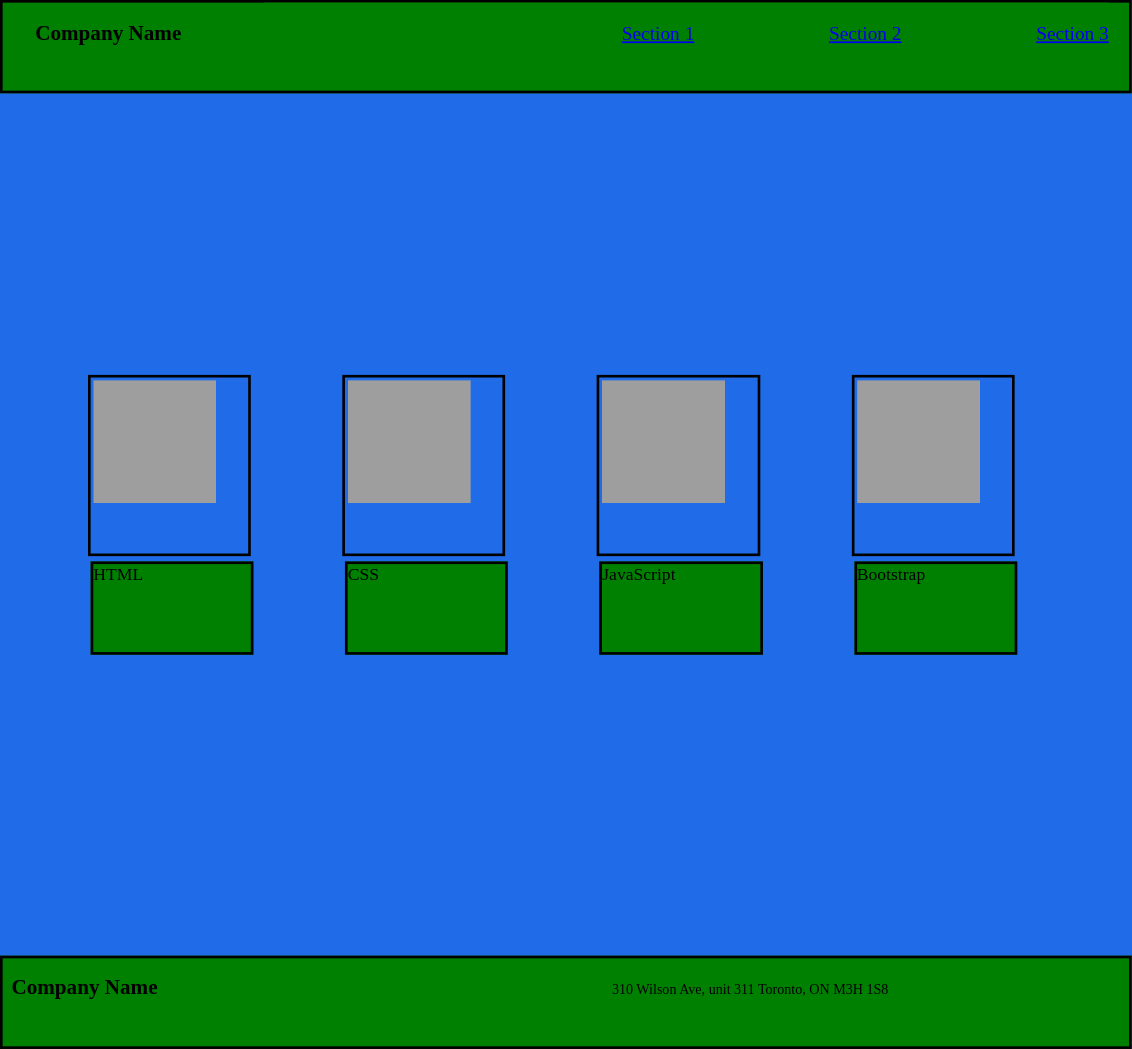
Repository: helloneibor/Project2
Page: section1.html
The author's editor kept a record of every edit. The page is drawn from the files as they stood at one moment, then again after the next edit.
The browser window is 1280 px wide. The page is 1286 px wide, so the pictures cover 1286 px, including what lies to the right of the window. The pictures show the whole page, at 88% of full size.
Pictures or frames that could not be fetched are drawn as grey boxes.

Above is the page before.

After the next edit:
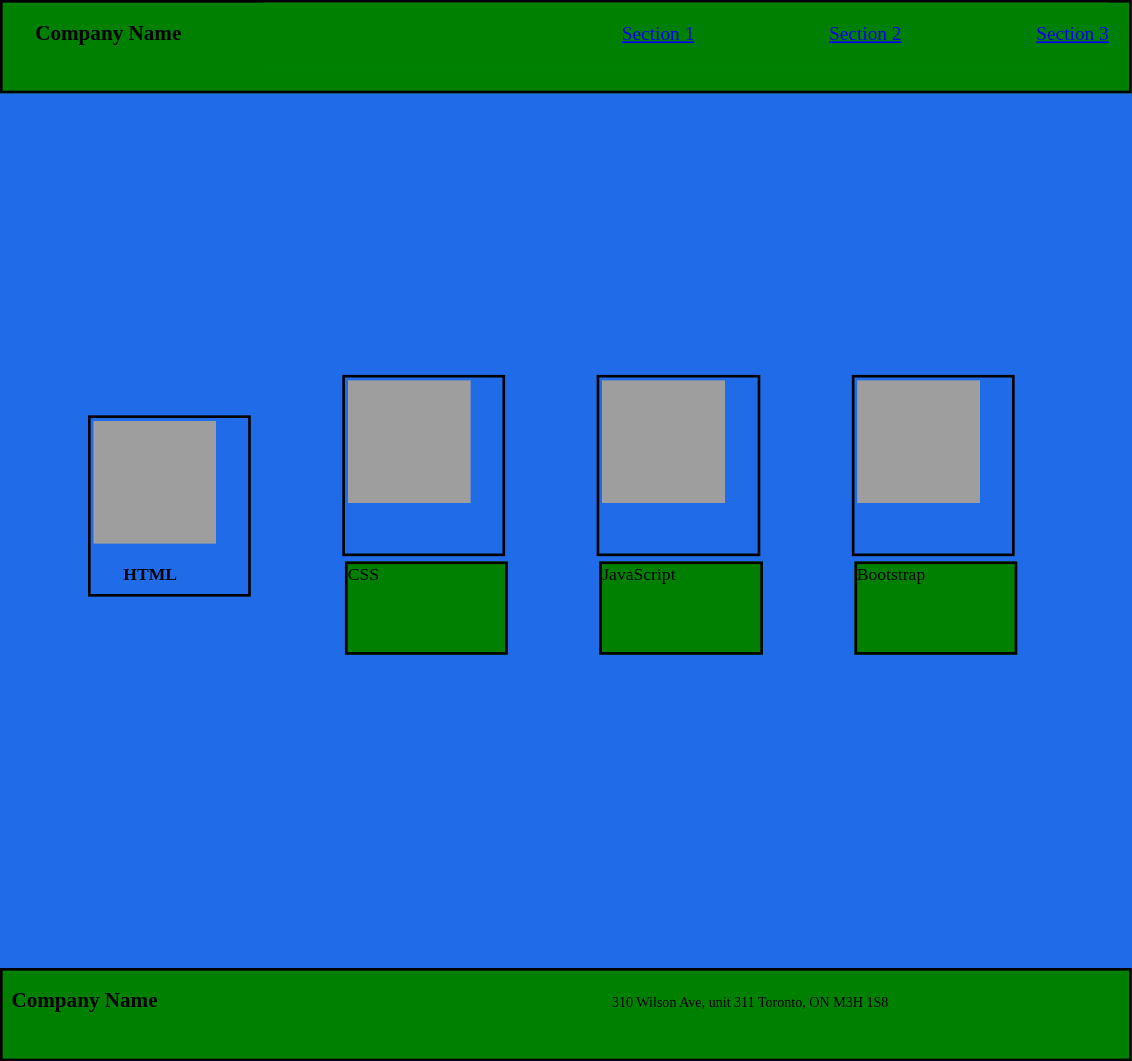
The edit:
--- a/section1.html
+++ b/section1.html
@@ -23,7 +23,7 @@
                         <a href="https://en.wikipedia.org/wiki/HTML" target=_blank>
                         <img class="img_one" src="https://upload.wikimedia.org/wikipedia/commons/thumb/6/61/HTML5_logo_and_wordmark.svg/1200px-HTML5_logo_and_wordmark.svg.png" alt="https://en.wikipedia.org/wiki/HTML"></img>
                         </a>
-                        <footer class="div_foot"> HTML </footer>
+                        <h2 class="div_foot"> HTML </footer>
                     </div>
                         <div>
                         <a href="https://en.wikipedia.org/wiki/Cascading_Style_Sheets" target=_blank>
